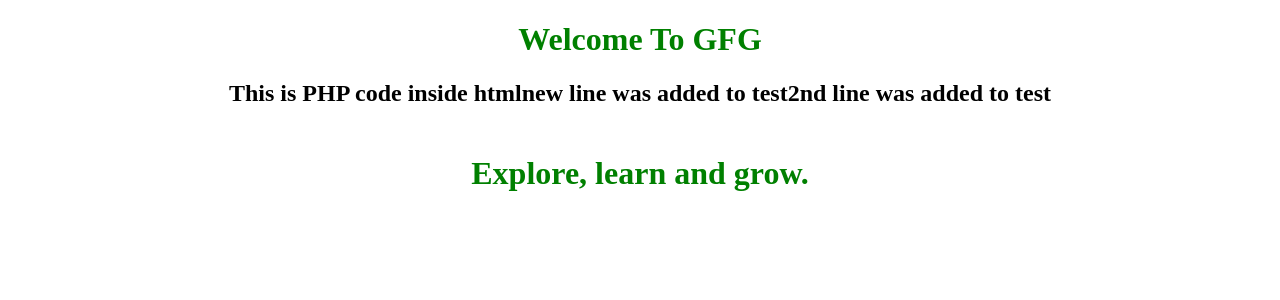
Repository: Ashwin1510/php_projectgh
Page: http://localhost/example.php
These files come from the project's save history. The page is drawn as it stood at one moment and after the next save; the edit follows.
The browser window is 1280 px wide. The pictures show the whole page.
The page is run by PHP 8.4 with error messages shown; the project is at /var/www/html/.

Above is the page before, as saved 2022-12-14 11:11:26.

### example.php
<!DOCTYPE html>
<html>

<head>
	<style>
		h1 {
			color: green;
		}
	</style>
</head>

<body>
	<center>
		<h1>Welcome To GFG</h1>

		<h2>
			<?php
			 echo "This is PHP code inside html";
             echo  "new line was added to test";
			 echo  "2nd  line was added to test";
			 echo "<br><br>"

			?>


               <h1>
           <?php

		     echo 'Explore, learn and grow.'
		     ?>
		   </p>
		</h2>
	</center>
</body>

</html>

After the next save:
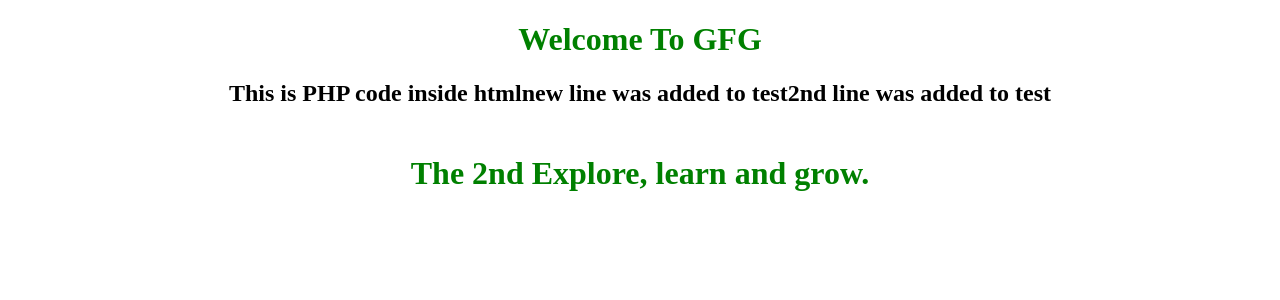
Saved 5 s later.
--- a/example.php
+++ b/example.php
@@ -23,7 +23,7 @@
 			?>
 
 
-               <h1>
+               <h1>The 2nd
            <?php
 
 		     echo 'Explore, learn and grow.'
